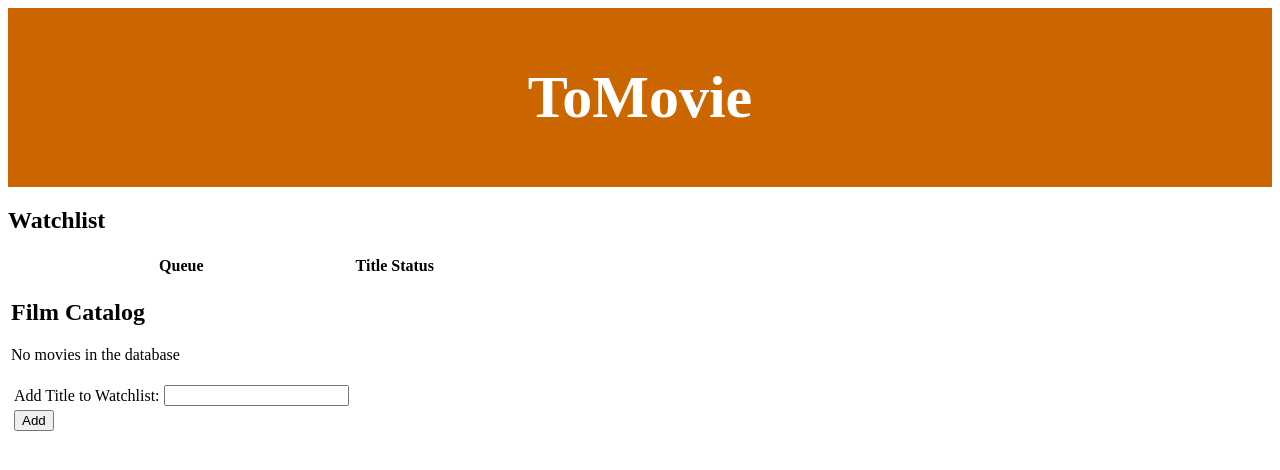
Repository: dannie-su-sjsu/CS157A-team6
Page: http://localhost/ToMovie/movie.jsp
An editor plug-in stored every save of this project. The page is shown before and after the next save, followed by the edit.
The browser window is 1280 px wide. The pictures show the whole page.
The page is served by Tomcat 9. Other server files are loaded and not shown. Queries for data that is not in the repository find no rows.

Above is the page before, as saved 2023-07-16 05:30:35.

### ToMovie/src/main/webapp/movie.jsp
<%@ page language="java" contentType="text/html; \charset=UTF-8"
	pageEncoding="UTF-8"%>
<%@ page import="java.sql.*"%>
<!DOCTYPE html>
<html>
<head>
<meta charset="UTF-8">
<style><%@include file="/WEB-INF/css/style.css"%>
</style>
<title>MovieList</title>
</head>
	<header>
		<h1>ToMovie</h1>
	</header>
	<%//*** CONNECTING TO DATABASE ***///
	Class.forName("com.mysql.cj.jdbc.Driver");
	Connection con = DriverManager.getConnection("jdbc:mysql://localhost:3306/cs157aprojectteam6", "root", "Halo4mlg!");
	%>
<body>
<div class = "row">
	<div class="columm">
		<h2>Watchlist</h2>
		<%//*** DISPLAYING WATCHLIST ***///
		try {
			PreparedStatement displayW = con.prepareStatement("SELECT * FROM cs157aprojectteam6.WatchList");
			ResultSet showDisplayW = displayW.executeQuery();
			%>
		<table>
		<tr><th>Queue</th><th>Title</th><th>Status</th></tr><%
			do {%>
			<tr><td><%=showDisplayW.getString(1)%></td>
				<td><%=showDisplayW.getString(2)%></td>
				<td><%=showDisplayW.getString(3)%></td>
			</tr><%
			} while (showDisplayW.next());%>
		</table>
		<%
		}catch (Exception e) {
			e.getStackTrace();}%>
	</div>
	<div class="columm">
		<h2>Film Catalog</h2>
		<%//*** DISPLAYING MOVIE TABLE ***///
		try {
			PreparedStatement display = con.prepareStatement("SELECT * FROM cs157aprojectteam6.Movie");
			ResultSet showDisplay = display.executeQuery();
			if (showDisplay.next() == false) {
				out.println("No movies in the database");
			}
			else {%>
			<table>
				<tr><th>ID</th><th>Title</th><th>Year Released</th></tr><%
				do {%>
				<tr><td><%=showDisplay.getString(1)%></td>
					<td><%=showDisplay.getString(2)%></td>
					<td><%=showDisplay.getString(3)%></td>
				</tr><%
				} while (showDisplay.next());%>
			</table>
			<%
			}
		}catch (Exception e) {
			e.getStackTrace();}%>
	</div>
		<%//*** ADDING FILMS ***///%>
		<form action="MovieServlet" method="post">
			<br>
			<table>
				<tr>
					<td>Add Title to Watchlist:</td>
					<td><input type=text name=title></td>
				</tr>
				<tr>
					<td><input type=submit value=Add></td>
				</tr>
			</table>
		</form>
</div>
</body>
</html>

### ToMovie/src/main/webapp/WEB-INF/css/style.css
@charset "UTF-8";
.button-container1{
	background-color: #C60;
	padding: 15px 32px;
  	text-align: center;
  	font-size: 36px;
  	font-family: Jockey One;
  	margin-right:100px;
  	box-shadow: 0 12px 16px 0 rgba(0,0,0,0.24), 0 17px 50px 0 rgba(0,0,0,0.19);

}
.button-container2{
	background-color: #C60;
	padding: 15px 32px;
  	color: #1E1E1E;
  	text-align: center;
  	font-size: 36px;
  	font-family: Jockey One;
  	margin-left:100px;
  	box-shadow: 0 12px 16px 0 rgba(0,0,0,0.24), 0 17px 50px 0 rgba(0,0,0,0.19);

}
.button-flex{
	display:flex;
	display: inline-block;
}
.column {
  float: left;
  width: 50%;
  padding: 10px;
  height: 300px;
}
.row:after {
  content: "";
  display: table;
  clear: both;
}
header {
  background-color: #C60;
  padding: 15px;
  text-align: center;
  font-size: 30px;
  color: white;
}

After the next save:
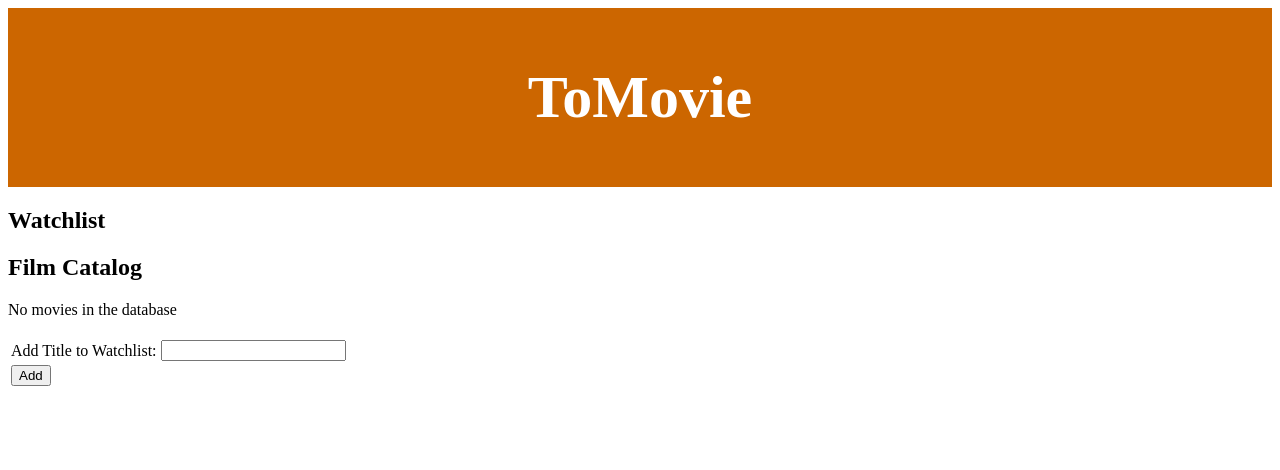
Saved 4 min 51 s later.
--- a/ToMovie/src/main/webapp/movie.jsp
+++ b/ToMovie/src/main/webapp/movie.jsp
@@ -1,80 +1,55 @@
 <%@ page language="java" contentType="text/html; \charset=UTF-8"
 	pageEncoding="UTF-8"%>
-<%@ page import="java.sql.*"%>
+<%@ page import = "java.sql.*"%>
 <!DOCTYPE html>
 <html>
 <head>
 <meta charset="UTF-8">
-<style><%@include file="/WEB-INF/css/style.css"%>
-</style>
+<style><%@include file="/WEB-INF/css/style.css"%></style>
 <title>MovieList</title>
 </head>
-	<header>
-		<h1>ToMovie</h1>
-	</header>
-	<%//*** CONNECTING TO DATABASE ***///
-	Class.forName("com.mysql.cj.jdbc.Driver");
-	Connection con = DriverManager.getConnection("jdbc:mysql://localhost:3306/cs157aprojectteam6", "root", "Halo4mlg!");
-	%>
 <body>
-<div class = "row">
-	<div class="columm">
-		<h2>Watchlist</h2>
-		<%//*** DISPLAYING WATCHLIST ***///
-		try {
-			PreparedStatement displayW = con.prepareStatement("SELECT * FROM cs157aprojectteam6.WatchList");
-			ResultSet showDisplayW = displayW.executeQuery();
-			%>
-		<table>
-		<tr><th>Queue</th><th>Title</th><th>Status</th></tr><%
-			do {%>
-			<tr><td><%=showDisplayW.getString(1)%></td>
-				<td><%=showDisplayW.getString(2)%></td>
-				<td><%=showDisplayW.getString(3)%></td>
-			</tr><%
-			} while (showDisplayW.next());%>
-		</table>
-		<%
-		}catch (Exception e) {
-			e.getStackTrace();}%>
-	</div>
-	<div class="columm">
-		<h2>Film Catalog</h2>
-		<%//*** DISPLAYING MOVIE TABLE ***///
-		try {
-			PreparedStatement display = con.prepareStatement("SELECT * FROM cs157aprojectteam6.Movie");
-			ResultSet showDisplay = display.executeQuery();
-			if (showDisplay.next() == false) {
-				out.println("No movies in the database");
-			}
-			else {%>
+<header><h1>ToMovie</h1></header>
+<article><h2>Watchlist</h2></article>
+<article><h2>Film Catalog</h2></article>
+
+<%
+//*** CONNECTING TO DATABASE ***///
+Class.forName("com.mysql.cj.jdbc.Driver");
+Connection con = DriverManager.getConnection("jdbc:mysql://localhost:3306/cs157aprojectteam6","root","Halo4mlg!");
+%>
+
+<%//*** DISPLAYING MOVIE TABLE ***///
+try{
+	PreparedStatement display = con.prepareStatement("SELECT * FROM cs157aprojectteam6.Movie");
+	ResultSet showDisplay = display.executeQuery();
+	if(showDisplay.next()==false){
+		out.println("No movies in the database");
+	}
+	else{%>
+		<div class= "table_mod1">
 			<table>
-				<tr><th>ID</th><th>Title</th><th>Year Released</th></tr><%
-				do {%>
-				<tr><td><%=showDisplay.getString(1)%></td>
-					<td><%=showDisplay.getString(2)%></td>
-					<td><%=showDisplay.getString(3)%></td>
-				</tr><%
-				} while (showDisplay.next());%>
+			<tr><th>ID</th><th>Title</th><th>Year Released</th></tr> <%
+			do
+			{ %>
+				<tr><td><%= showDisplay.getString(1) %></td><td><%= showDisplay.getString(2) %></td><td><%= showDisplay.getString(3) %></td></tr><%
+			}while(showDisplay.next());%>
 			</table>
-			<%
-			}
-		}catch (Exception e) {
-			e.getStackTrace();}%>
-	</div>
-		<%//*** ADDING FILMS ***///%>
-		<form action="MovieServlet" method="post">
-			<br>
-			<table>
-				<tr>
-					<td>Add Title to Watchlist:</td>
-					<td><input type=text name=title></td>
-				</tr>
-				<tr>
-					<td><input type=submit value=Add></td>
-				</tr>
-			</table>
-		</form>
-</div>
+		</div><%
+	}
+}
+catch(Exception e){
+	e.getStackTrace();
+}
+%>
+
+<%//*** ADDING FILMS ***///%>
+<form action ="MovieServlet" method="post"><br>
+<table>
+<tr><td> Add Title to Watchlist: </td><td><input type = text name = title></td></tr>
+<tr><td><input type = submit value = Add></td></tr>
+</table>
+</form>
+
 </body>
 </html>
